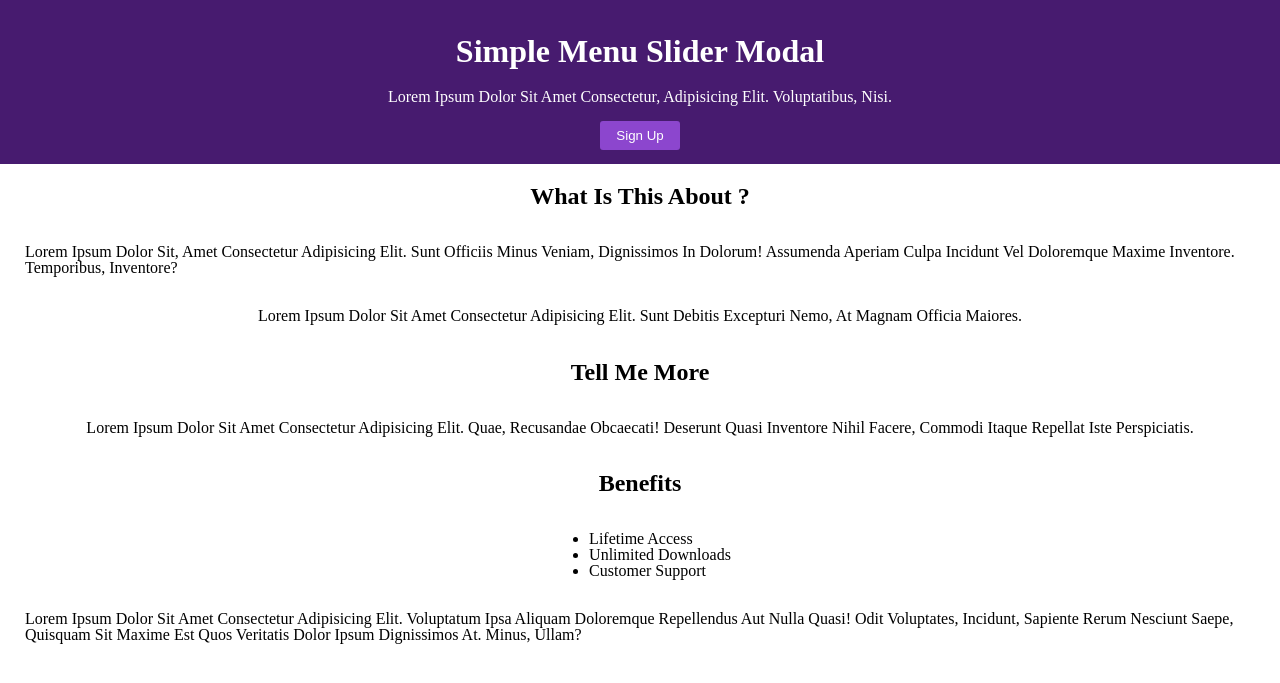
Repository: lilo750/Menu-Slider-modal
Page: index.html
An editor plug-in stored every save of this project. The page is shown before and after the next save, followed by the edit.
The browser window is 1280 px wide. The pictures show the whole page.

Above is the page before, as saved 2024-01-14 14:21:48.

After the next save:
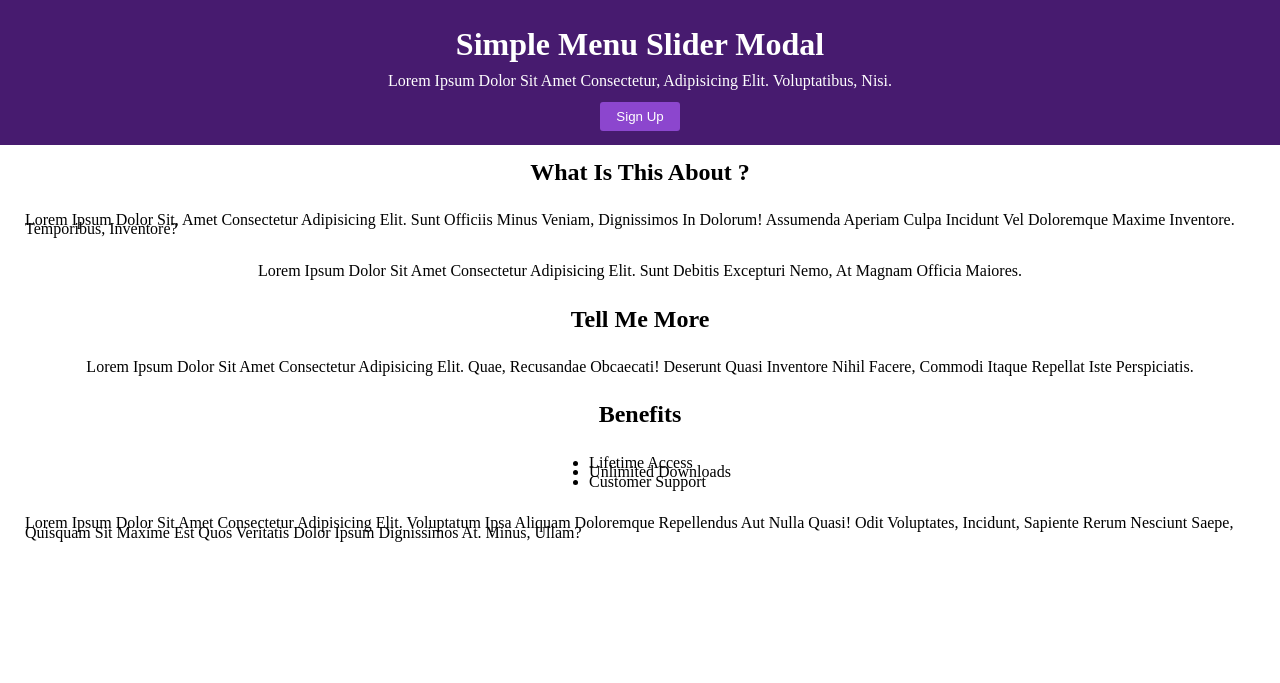
Saved 12 s later.
--- a/assets/style.css
+++ b/assets/style.css
@@ -3,7 +3,7 @@ body {
     margin: 0;
     padding: 0;
     text-transform: capitalize;
-    line-height: 1;
+    line-height: 0.6;
 }
 
 .container {
